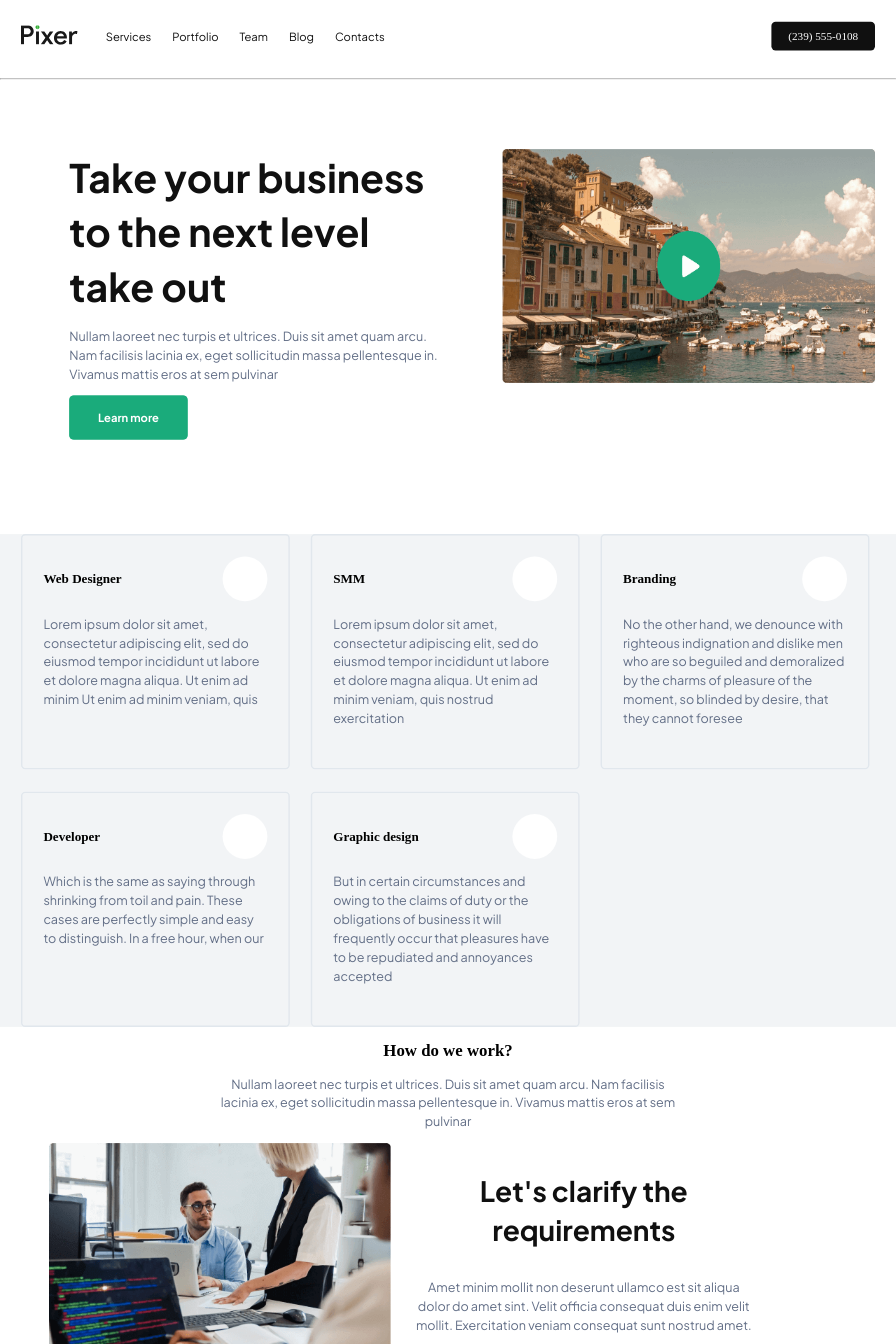
Repository: UlugbekAbdurasulov/pixar
Page: index.html
These files come from the project's save history. The page is drawn as it stood at one moment and after the next save; the edit follows.
The browser window is 1280 px wide. The pictures show the part of the page from y = 0 to 1920 px (the page is 3128 px tall), at 70% of full size.

Above is the page before, as saved 2023-06-05 04:32:48.

### index.html
<!DOCTYPE html>
<html lang="en">
  <head>
    <meta charset="UTF-8" />
    <meta http-equiv="X-UA-Compatible" content="IE=edge" />
    <meta name="viewport" content="width=device-width, initial-scale=1.0" />

    <link rel="stylesheet" href="./css/main.css" />
    <title>Imthon</title>
  </head>
  <body>
    <header class="navbar">
      <div class="container">
        <div class="navbar-box">
          <div class="navvar-right">
            <a href="#"
              ><img
                src="./image/logo.svg"
                width="81"
                height="28"
                alt="pixer campaign lagatip"
            /></a>

            <nav class="navbar-naving">
              <ul class="navvar-helper">
                <li class="navbar-menu">
                  <a class="navbar-menu-link" href="#"><p>Services</p></a>
                </li>
                <li class="navbar-menu">
                  <a class="navbar-menu-link" href="#"><p>Portfolio</p></a>
                </li>
                <li class="navbar-menu">
                  <a class="navbar-menu-link" href="#"><p>Team</p></a>
                </li>
                <li class="navbar-menu">
                  <a class="navbar-menu-link" href="#"><p>Blog</p></a>
                </li>
                <li class="navbar-menu">
                  <a class="navbar-menu-link" href="#"><p>Contacts</p></a>
                </li>
              </ul>
            </nav>
          </div>
          <div class="navbar-link">
            <a class="navbar-enker" href="tel:2395550108">(239) 555-0108 </a>
          </div>
        </div>
      </div>
    </header>
    <hr />




        <div class="container">
            <div  class="hero">
                <div class="hero-wrapper">
                    <div class="hero-wrapper-information">
                        <h1 class="hero-wrapper-footer">
                            Take your   business to the next level take out
                        </h1>
                        <p class="hero-wrapper-text">
                            Nullam laoreet nec turpis et ultrices. Duis sit amet quam arcu. Nam facilisis lacinia ex, eget sollicitudin massa pellentesque in. Vivamus mattis eros at sem pulvinar
                        </p>
                       <a class="hero-wrapper-enker" href="#">Learn more</a>
                    </div>
                    <img src="./image/You-Tube.png" width="532" height="334" alt="">
                </div>
            </div>
        </div>
    </menu>
    <section class="service">
      <div class="container">
        <ul class="service-list">
          <li class="service-item"> <div class="service-title-wrapper"> <h3 >Web Designer</h3> <div class="service-item-img-wrapper"><img src="" alt=""></div></div> <p class="service-item-desc">Lorem ipsum dolor sit amet, consectetur adipiscing elit, sed do eiusmod tempor incididunt ut labore et dolore magna aliqua. Ut enim ad minim Ut enim ad minim veniam, quis </p> <a class="service-item-link" href="#"></a></li>
          <li class="service-item"> <div class="service-title-wrapper"> <h3>SMM</h3> <div class="service-item-img-wrapper"><img src="" alt=""></div></div> <p class="service-item-desc">Lorem ipsum dolor sit amet, consectetur adipiscing elit, sed do eiusmod tempor incididunt ut labore et dolore magna aliqua. Ut enim ad minim veniam, quis nostrud exercitation  </p> <a class="service-item-link" href="#"></a></li>
          <li class="service-item"> <div class="service-title-wrapper"> <h3>Branding</h3> <div class="service-item-img-wrapper"><img src="" alt=""></div></div> <p class="service-item-desc">No the other hand, we denounce with righteous indignation and dislike men who are so beguiled and demoralized by the charms of pleasure of the moment, so blinded by desire, that they cannot foresee </p> <a class="service-item-link" href="#"></a></li>
          <li class="service-item"> <div class="service-title-wrapper"> <h3>Developer</h3> <div class="service-item-img-wrapper"><img src="" alt=""></div></div> <p class="service-item-desc">Which is the same as saying through shrinking from toil and pain. These cases are perfectly simple and easy to distinguish. In a free hour, when our </p> <a class="service-item-link" href="#"></a></li>
          <li class="service-item"> <div class="service-title-wrapper"> <h3>Graphic design</h3> <div class="service-item-img-wrapper"><img src="" alt=""></div></div> <p class="service-item-desc">But in certain circumstances and owing to the claims of duty or the obligations of business it will frequently occur that pleasures have to be repudiated and annoyances accepted</p> <a class="service-item-link" href="#"></a></li>
        </ul>
      </div>
    </section>


  <section>
    <div class="container">

      <div class="Services">
        <h2  class="Services-work">How do we work?</h2>
        <p class="services-work-text">Nullam laoreet nec turpis et ultrices. Duis sit amet quam arcu. Nam facilisis lacinia ex, eget sollicitudin massa pellentesque in. Vivamus mattis eros at sem pulvinar</p>
      </div>
   <ul>
    <li class="services-work"><img src="./image/lissining.png" alt=""> <div class="Services-cantent"><h3 class="Services-footer">Let's clarify the requirements</h3> <p class="Services-text"> Amet minim mollit non deserunt ullamco est sit aliqua dolor do amet sint. Velit officia consequat duis enim velit mollit. Exercitation veniam consequat sunt nostrud amet. </p></div></li>
    <li class="services-work roower"><img src="./image/work.png" width="488" height="390"  alt=""> <div class="Services-cantent cantent"><h3 class="Services-footer">Let's clarify the requirements</h3> <p class="Services-text text-ser"> Amet minim mollit non deserunt ullamco est sit aliqua dolor do amet sint. Velit officia consequat duis enim velit mollit. Exercitation veniam consequat sunt nostrud amet. </p></div></li>
    <li class="services-work"><img src="./image/team.png" alt=""> <div class="Services-cantent"><h3 class="Services-footer">Leave your number and we'll call you back</h3> <p class="Services-text"> Amet minim mollit non deserunt ullamco est sit aliqua dolor do amet sint. Velit officia consequat duis enim velit mollit. Exercitation veniam consequat sunt nostrud amet. </p></div></li>
   </ul>
    </div>
  </section>




  <footer class="sayt-footer">


      <div class="sayt-footer-start">

        <div class="container">
<div class="sayt-footer-start-box">
  <div class="boxxing">
  <div class="sayt-footer-start-services">
    <strong>Services</strong>
    <ul class="sayt-footer-start-child">
      <li  class="sayt-footer-start-text"><a class="sayt-footer-start-text"href="#" > SMM </a></li>
      <li class="sayt-footer-start-text"><a class="sayt-footer-start-text" href="#"> Web development</a></li>
      <li class="sayt-footer-start-text" ><a class="sayt-footer-start-text" href="#"> Mobile apps </a></li>
      <li class="sayt-footer-start-text"><a class="sayt-footer-start-text" href="#"> Branding </a></li>
      <li class="sayt-footer-start-text"><a class="sayt-footer-start-text" href="#"> Graphic design </a></li>
    </ul>

  </div>
  <div class="sayt-footer-start-Resources">
    <strong>Services</strong>
    <ul class="sayt-footer-start-child">
      <li class="sayt-footer-start-text" ><a class="sayt-footer-start-text" href="#">About us</a></li>
      <li class="sayt-footer-start-text"><a class="sayt-footer-start-text" href="#">Showcase</a></li>
      <li class="sayt-footer-start-text"><a class="sayt-footer-start-text" href="#">Blog</a></li>
    </ul>
  </div>
  </div>

  <div class="sayt-footer-start-Connect">
    <strong>Services</strong>
    <address class="sayt-footer-start-child-adress">
      <a class="sayt-footer-start-text" href="#">(239) 555-0108</a>
      <a class="sayt-footer-start-text" href="#">hello@pixer.com</a>
      <a class="sayt-footer-start-text" href="#">4140 Parker Rd. Allentown, New Mexico 31134</a>
    </address>
    <ul>
      <li></li>
    <li></li>
    <li></li>
    <li></li>

  </ul>

  </div>
</div>

        </div>

      </div>
      <div class="sayt-footer-bottom">
        <div class="container">

        </div>
      </div>

  </footer>
  </body>
</html>

### css/main.css
/* plus-jakarta-sans-regular - latin */
@font-face {
  font-display: swap; /* Check https://developer.mozilla.org/en-US/docs/Web/CSS/@font-face/font-display for other options. */
  font-family: "Plus Jakarta Sans";
  font-style: normal;
  font-weight: 400;
  src: url("../fontFamly/plus-jakarta-sans-v7-latin-regular.woff2")
      format("woff2"),
    /* Chrome 36+, Opera 23+, Firefox 39+, Safari 12+, iOS 10+ */
      url("../fontFamly/plus-jakarta-sans-v7-latin-regular.woff") format("woff"); /* Chrome 5+, Firefox 3.6+, IE 9+, Safari 5.1+, iOS 5+ */
}

@font-face {
  font-display: swap; /* Check https://developer.mozilla.org/en-US/docs/Web/CSS/@font-face/font-display for other options. */
  font-family: "Plus Jakarta Sans";
  font-style: italic;
  font-weight: 500;
  src: url("../fontFamly/plus-jakarta-sans-v7-latin-500italic.woff2")
      format("woff2"),
    /* Chrome 36+, Opera 23+, Firefox 39+, Safari 12+, iOS 10+ */
      url("../fontFamly/plus-jakarta-sans-v7-latin-500italic.woff")
      format("woff"); /* Chrome 5+, Firefox 3.6+, IE 9+, Safari 5.1+, iOS 5+ */
}

@font-face {
  font-display: swap; /* Check https://developer.mozilla.org/en-US/docs/Web/CSS/@font-face/font-display for other options. */
  font-family: "Plus Jakarta Sans";
  font-style: normal;
  font-weight: 600;
  src: url("../fontFamly/plus-jakarta-sans-v7-latin-600.woff2") format("woff2"),
    /* Chrome 36+, Opera 23+, Firefox 39+, Safari 12+, iOS 10+ */
      url("../fontFamly/plus-jakarta-sans-v7-latin-600.woff") format("woff"); /* Chrome 5+, Firefox 3.6+, IE 9+, Safari 5.1+, iOS 5+ */
}

@font-face {
  font-display: swap; /* Check https://developer.mozilla.org/en-US/docs/Web/CSS/@font-face/font-display for other options. */
  font-family: "Plus Jakarta Sans";
  font-style: normal;
  font-weight: 700;
  src: url("../fontFamly/plus-jakarta-sans-v7-latin-700.woff2") format("woff2"),
    /* Chrome 36+, Opera 23+, Firefox 39+, Safari 12+, iOS 10+ */
      url("../fontFamly/plus-jakarta-sans-v7-latin-700.woff") format("woff"); /* Chrome 5+, Firefox 3.6+, IE 9+, Safari 5.1+, iOS 5+ */
}

* {
  box-sizing: border-box;
  text-decoration: none;
  list-style: none;
}
body {
  margin: 0;
  padding: 0;
  background-color: #fff;
  font-family: "Plus Jakarta Sans", "Arial" sans-serif;
}
.container {
  width: 1260px;
  margin: 0px auto;
  padding: 0 20px;
}

.visually-hidden {
  position: absolute;
  width: 1px;
  height: 1px;
  margin: -1px;
  padding: 0;
  overflow: hidden;
  border: 0;
  clip: rect(0 0 0 0)
}

.navbar-box {
  padding-top: 24px;
  padding-bottom: 24px;
  display: flex;
  justify-content: space-between;
  align-items: center;
  margin: 0;
}

.navvar-right {
  display: flex;
  justify-content: center;
  align-items: center;
  margin: 0;
}
.navvar-helper {
  display: flex;
  margin: 0;
}
.navbar-menu {
  margin-right: 30px;
}
.navbar-enker {
  color: #fff;
  margin: auto right;
  background: #101010;
  border-radius: 6px;
  padding: 12px 24px;
  margin-top: 24px;
}
.navbar-menu-link :hover {
  color: #1aab7b;
}
.navbar-menu-link :active{

  color: #1aab7b;
  opacity: 0.6;
}

.hr {
  background: #ffffff;
  border-bottom: 1px solid #eeeef4;
}
.hero {
  padding-top: 91px;
  padding-bottom: 156px;
}
.hero-wrapper {
  display: flex;
  justify-content: space-between;
  margin: 0;
}
.hero-wrapper-information {
  width: 550px;
  margin: 0 auto;
}

.hero-wrapper-footer {
  font-family: "Plus Jakarta Sans";
  font-style: normal;
  font-weight: 700;
  font-size: 56px;
  line-height: 140%;
  color: #101010;
  margin: 0;
}
.hero-wrapper-text {
  font-family: "Plus Jakarta Sans";
  font-style: normal;
  font-weight: 400;
  font-size: 18px;
  line-height: 150%;
  color: #636f87;

  margin-bottom: 40px;
}

/* .navbar-link{
        margin: 0 auto;
        padding-top: 24px;
    } */
.navbar-menu-link {
  font-family: "Plus Jakarta Sans";
  font-style: normal;
  font-weight: 500;
  font-size: 16px;
  line-height: 150%;

  color: #101010;
}
.hero-wrapper-enker {
  font-family: "Plus Jakarta Sans";
  font-style: normal;
  font-weight: 700;
  font-size: 16px;
  line-height: 120%;

  text-align: center;
  padding: 20px 40px;
  color: #fff;
  border: 1px #1aab7b solid;
  background-color: #1aab7b;
  border-radius: 6px;
}

.hero-wrapper-enker:hover {
  background: #ffffff;
  border: 1.5px solid #1aab7b;
  border-radius: 6px;
  color: #1aab7b;
}
.hero-wrapper-enker :active{
  background-color: #1aab7b;
  opacity: 0.7;
  color: #fff;
}

.Services {
  width: 650px;
  /* margin: 0 auto; */

  margin: 0 auto;
  text-align: center;
}
.services-work {
  display: flex;
}
.Services-cantent {
  width: 488px;
  margin-left: 32px;
}
.roower {
  flex-direction: row-reverse;
}
.cantent {
  width: 532px;
}
.sayt-footer-start-box {
  display: flex;
  justify-content: space-between;
}
.sayt-footer-start-services {
  margin-right: 151px;
}
.sayt-footer-start-Connect {
  margin: auto right;
}
.sayt-footer-start-child {
  margin: 0;
}
.Services-footer{
  font-family: 'Plus Jakarta Sans';
font-style: normal;
font-weight: 700;
font-size: 40px;
line-height: 140%;
color: #101010;
}
.Services-text{
  font-family: 'Plus Jakarta Sans';
  font-style: normal;
  font-weight: 400;
  font-size: 18px;
  line-height: 150%;
  color: #636F87;
}

.boxxing {
  display: flex;
}
.text-ser{
width: 592px;
margin-right: 20px;
}
.services-work{
  font-family: 'Plus Jakarta Sans';
font-style: normal;
font-weight: 600;
font-size: 36px;
line-height: 140%;
/* or 50px */

text-align: center;

color: #101010;


/* Inside auto layout */

flex: none;
order: 0;
flex-grow: 0;
}

.service-list{
  display: flex;
  flex-wrap: wrap;
  align-self: flex-start;
  row-gap: 32px;
  column-gap:30px

}
.services-work-text{
  font-family: 'Plus Jakarta Sans';
  font-style: normal;
  font-weight: 400;
  font-size: 18px;
  line-height: 150%;
  /* or 27px */

  text-align: center;

  color: #636F87;
}
.sayt-footer-start-text {
  font-family: "Plus Jakarta Sans";
  font-style: normal;
  font-weight: 500;
  font-size: 18px;
  line-height: 150%;
  margin: 26px 0 26px 0;
  color: #a1a8b7;
  row-gap: 26px;
  display: block;
  column-gap: 26px;
}
.sayt-footer {
  background-color: #101010;
}
.sayt-footer-start-text :hover{
  color: #1aab7b;
}
.sayt-footer-start-text :active{
  color: #1AAB7B;

opacity: 0.8;
}
.sayt-footer-start-child-adress{
  /* display: flex; */
  display: block;
}


.service-list{
  margin: 0;
  padding-left: 0;
  list-style: none;
}
.service-item{
  width: 384px;
  padding: 30px 30px 40px;
  background: #F2F4F6;
border: 2px solid #E1E7ED;
border-radius: 6px;
}
.service-title-wrapper{
  display: flex;
  justify-content: space-between;
  align-items:center;
  margin-bottom: 11px;
}
.service{
  background-color: #F2F4F6;
}
.service-item-img-wrapper{
  width: 64px;
  height: 64px;
  background-color: #FFFFFF;
border-radius: 84px;
}
.service-item-desc{
  font-family: 'Plus Jakarta Sans';
font-style: normal;
font-weight: 400;
font-size: 18px;
line-height: 150%;
/* or 27px */
color: #636F87;
}
.service-item-link{
  font-family: 'Plus Jakarta Sans';
font-style: normal;
font-weight: 700;
font-size: 20px;
line-height: 140%;
text-decoration: none;
font-variant: all-small-caps;

color: #000000;
}
.service-item:hover .service-item-desc{
  color:#fff;

}
.service-item:hover .service-item-title{
  color:#fff;

}
.service-item:hover .service-item-link{

  color:#fff;
text-decoration: underline;
}

.service-item:hover{
  background-color:#1AAB7B;
  color:#fff;

}

.service-item:hover .service-item-img-wrapper{
  background-color:#fff;
}
.service-item:hover .service-item-title{
  color:#fff;

}

### image/logo.svg
<svg width="81" height="28" viewBox="0 0 81 28" fill="none" xmlns="http://www.w3.org/2000/svg">
<path d="M0 27.3919V0.303287H9.34316C10.5077 0.295204 11.664 0.499932 12.7556 0.907471C13.7897 1.29072 14.742 1.86772 15.5618 2.6078C16.3947 3.36821 17.057 4.29789 17.5046 5.3351C17.9523 6.3723 18.175 7.49328 18.158 8.62358C18.1698 9.74744 17.9445 10.8611 17.497 11.8913C17.0496 12.9215 16.39 13.8449 15.5618 14.6008C14.7422 15.3412 13.7899 15.9182 12.7556 16.3011C11.6648 16.7088 10.5093 16.9139 9.34542 16.9065H4.25674V27.3862L0 27.3919ZM9.45604 12.8257C10.1017 12.8382 10.7431 12.7171 11.34 12.4697C11.8662 12.2485 12.3409 11.92 12.7341 11.5051C13.1055 11.1105 13.3993 10.649 13.5999 10.1448C13.7961 9.66446 13.8984 9.15069 13.9013 8.63152C13.8979 7.55157 13.4798 6.51456 12.7341 5.73642C12.3077 5.30129 11.7976 4.95789 11.2348 4.72715C10.672 4.49641 10.0684 4.38315 9.46056 4.39429H4.25674V12.8302L9.45604 12.8257Z" fill="#191919"/>
<path d="M21.4734 8.85371V27.3919H25.6556V8.85371H21.4734Z" fill="#191919"/>
<path d="M26.3611 2.83451C26.3674 3.20623 26.2989 3.57538 26.1598 3.91992C26.0208 4.26446 25.814 4.57731 25.5518 4.83977C25.2975 5.10879 24.9903 5.32169 24.6496 5.46494C24.3089 5.60819 23.9422 5.67864 23.573 5.6718V0.000627874C23.9422 -0.00592918 24.3088 0.0646457 24.6494 0.207876C24.9901 0.351106 25.2973 0.563865 25.5518 0.832657C25.8134 1.09484 26.0199 1.40716 26.1589 1.75105C26.2979 2.09495 26.3667 2.4634 26.3611 2.83451Z" fill="#35AF39"/>
<path d="M23.5696 0.000636352V5.67521C23.1955 5.68389 22.8238 5.61441 22.4779 5.47118C22.132 5.32795 21.8195 5.11409 21.5603 4.84318C21.2969 4.58076 21.0891 4.26751 20.9494 3.92231C20.8097 3.5771 20.7411 3.20708 20.7475 2.83452C20.7422 2.46314 20.8114 2.09449 20.9511 1.75055C21.0907 1.40662 21.2979 1.09445 21.5603 0.832666C21.8199 0.562198 22.1324 0.34864 22.4782 0.205443C22.824 0.0622456 23.1956 -0.00748732 23.5696 0.000636352Z" fill="#35AF39"/>
<path d="M34.8486 17.9709L28.481 8.85371H33.3417L37.3343 14.7176H37.4471L41.1722 8.85371H46.2203L39.7781 17.9709L46.3331 27.3919H41.3664L37.3726 21.3387H37.2598L33.2999 27.3919H28.3681L34.8486 17.9709Z" fill="#191919"/>
<path d="M65.2893 22.9653C64.4947 24.4194 63.3552 25.654 61.9717 26.5598C60.5419 27.5196 58.7843 27.9995 56.699 27.9995C55.3882 28.0133 54.088 27.7623 52.8757 27.2615C51.7354 26.7889 50.7032 26.0872 49.8426 25.1996C48.9783 24.302 48.2996 23.2413 47.8458 22.0789C47.3571 20.8192 47.1142 19.4769 47.1301 18.1251C47.1227 16.8268 47.3523 15.5382 47.8074 14.3231C48.2358 13.1637 48.8815 12.0975 49.7094 11.182C50.5737 10.2405 51.6261 9.49271 52.7979 8.98757C53.9696 8.48244 55.2344 8.23133 56.5094 8.25066C57.9392 8.25066 59.214 8.49022 60.3338 8.96934C61.4151 9.42349 62.3856 10.1076 63.1784 10.9746C63.9808 11.8743 64.5899 12.9305 64.9676 14.0771C65.3926 15.3558 65.6028 16.6966 65.5895 18.0446V18.3846C65.5654 18.4964 65.5526 18.6104 65.5512 18.7247C65.5266 18.8237 65.514 18.9253 65.5139 19.0274H51.3123C51.3651 19.8327 51.583 20.6185 51.9524 21.3353C52.2761 21.9571 52.7174 22.5096 53.2516 22.9619C53.7568 23.3856 54.3391 23.7067 54.9663 23.9073C55.562 24.1045 56.1847 24.2066 56.8119 24.21C58.016 24.21 59.0082 23.9202 59.7886 23.3405C60.5665 22.7601 61.2192 22.0274 61.7075 21.1868L65.2893 22.9653ZM61.4073 15.8149C61.3409 15.3791 61.2207 14.9534 61.0495 14.5476C60.85 14.0652 60.5555 13.6284 60.1837 13.2632C59.7461 12.8402 59.2354 12.5006 58.6767 12.2612C58.0619 11.9838 57.315 11.8452 56.436 11.8452C55.2319 11.8452 54.1957 12.2045 53.3273 12.9232C52.4588 13.6418 51.8749 14.6057 51.5753 15.8149H61.4073Z" fill="#191919"/>
<path d="M68.7547 8.85369H72.7055V11.6536H72.9313C73.1688 11.1616 73.4819 10.7102 73.8591 10.316C74.247 9.89965 74.6912 9.54019 75.1787 9.24817C75.6682 8.95657 76.186 8.71577 76.7241 8.5295C77.226 8.34898 77.7544 8.25397 78.2875 8.24837C78.8074 8.23859 79.3264 8.29612 79.8317 8.41954C80.2394 8.52653 80.632 8.68498 81 8.8911L79.7944 12.7123C79.4992 12.5808 79.1891 12.4856 78.8711 12.4289C78.4668 12.3607 78.0573 12.3288 77.6474 12.3337C77.0015 12.3262 76.3626 12.4698 75.7815 12.7531C75.2163 13.0321 74.7108 13.4195 74.2937 13.8935C73.8555 14.3945 73.5168 14.9752 73.2959 15.604C73.0551 16.2746 72.9339 16.9826 72.938 17.6954V27.3918H68.7614L68.7547 8.85369Z" fill="#191919"/>
</svg>

After the next save:
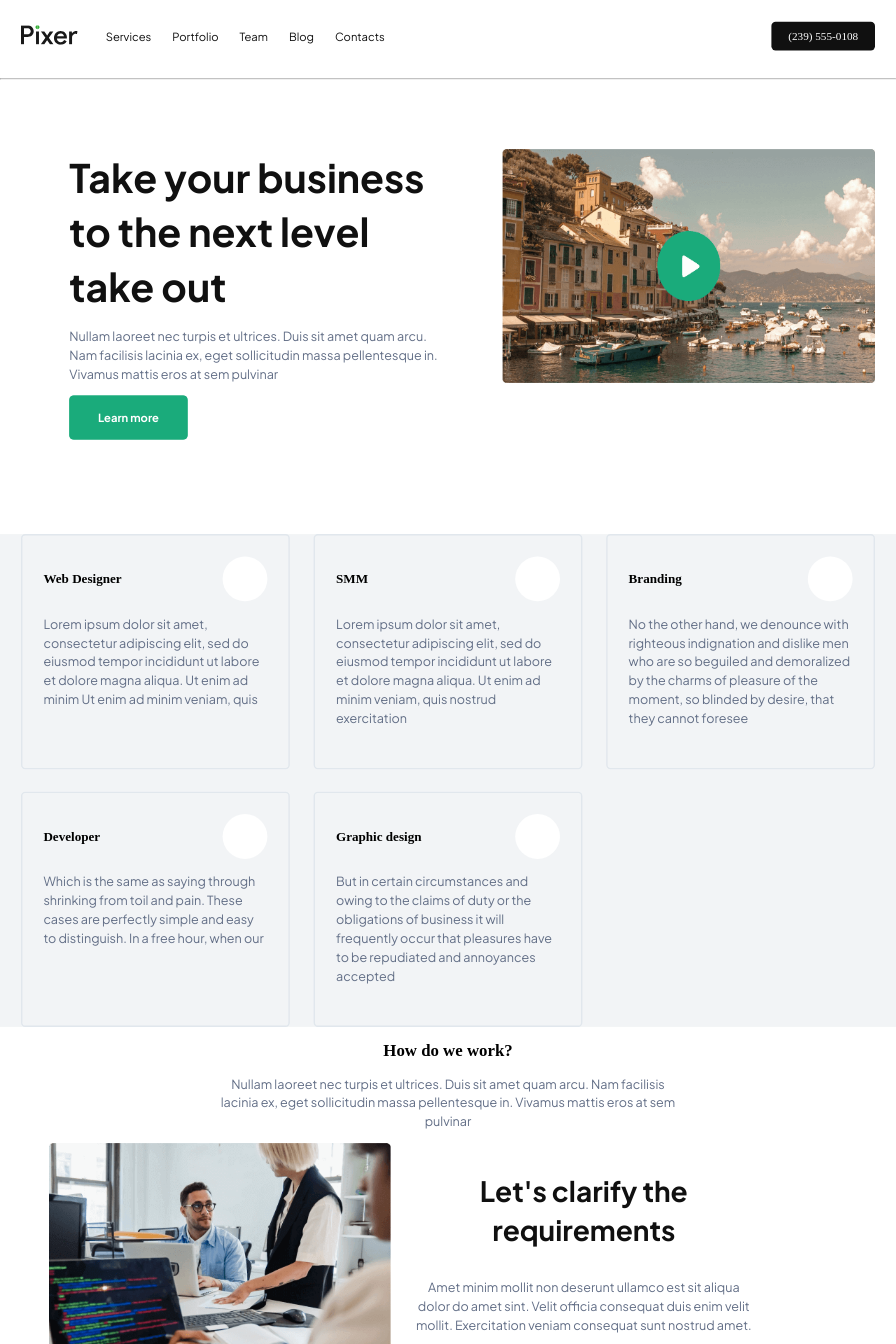
Saved 4 s later.
--- a/css/main.css
+++ b/css/main.css
@@ -269,7 +269,7 @@ flex-grow: 0;
   flex-wrap: wrap;
   align-self: flex-start;
   row-gap: 32px;
-  column-gap:30px
+  column-gap:34px
 
 }
 .services-work-text{
